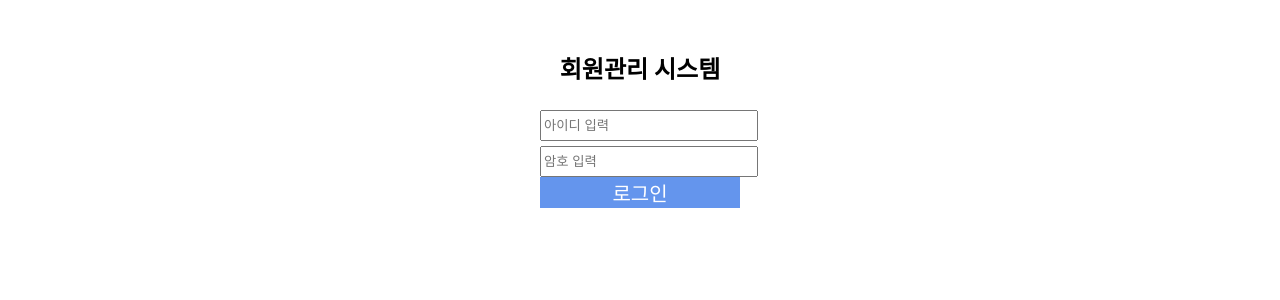
Repository: cdnwell/Jsp
Page: http://localhost/MemberProject/
The author's editor kept a copy of each file at every save. The page is drawn from the files as they stood at one save, then again after the next save.
The browser window is 1280 px wide. The pictures show the whole page.
The page is served by Tomcat 9. Other server files are loaded and not shown.

Above is the page before, as saved 2022-07-05 03:18:25.

### MemberProject/src/main/webapp/index.jsp
<%@ page language="java" contentType="text/html; charset=UTF-8"
    pageEncoding="UTF-8"%>
<!DOCTYPE html>
<html>
<head>
<meta charset="UTF-8">
<title>Insert title here</title>
<style>

	#login_box{
		margin : 50px auto;
		width:200px;
	}

	h2{
		text-align : center;
	}

	input{
		margin-top:5px;
		height:25px;
		width : 210px;
	}

	button{
		width : 200px;
		font-size : 20px;
		background-color : cornflowerblue;
		color : white;
		border : none;
	}

</style>
</head>
<body>
	<div id="login_box">
	<h2>회원관리 시스템</h2>
	<form action="login.do" method="get">
		<input type="text" placeholder="아이디 입력"> <br>
		<input type="password" placeholder="암호 입력"> <br>
		<button>로그인</button>
	</form>
	</div>
</body>
</html>

After the next save:
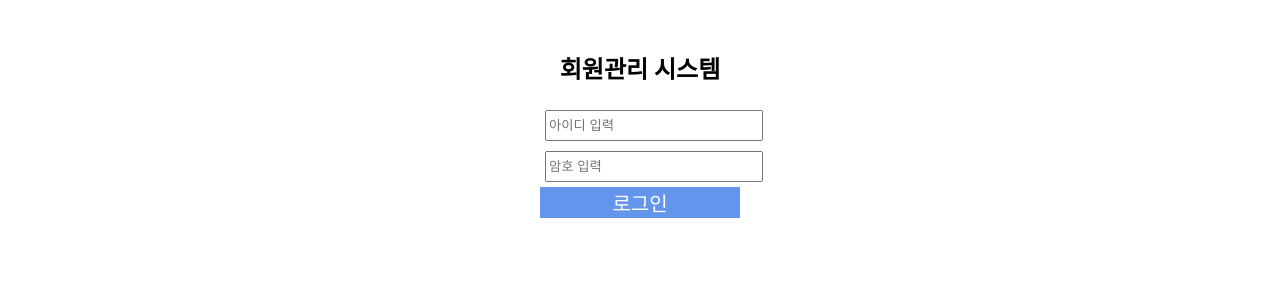
Saved 7 s later.
--- a/MemberProject/src/main/webapp/index.jsp
+++ b/MemberProject/src/main/webapp/index.jsp
@@ -17,7 +17,7 @@
 	}
 
 	input{
-		margin-top:5px;
+		margin:5px;
 		height:25px;
 		width : 210px;
 	}
